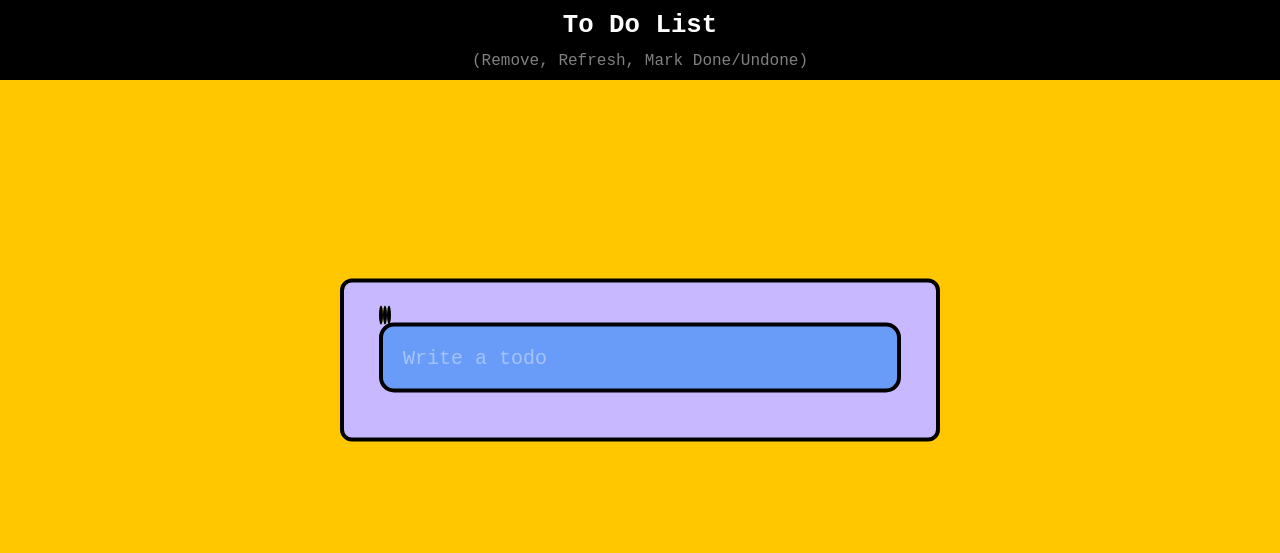
Repository: ThisIsSahaj/Js-Projects
Page: ToDoList/index.html
An editor plug-in stored every save of this project. The page is shown before and after the next save, followed by the edit.
The browser window is 1280 px wide. The pictures show the whole page.

Above is the page before, as saved 2024-04-24 09:55:44.

After the next save:
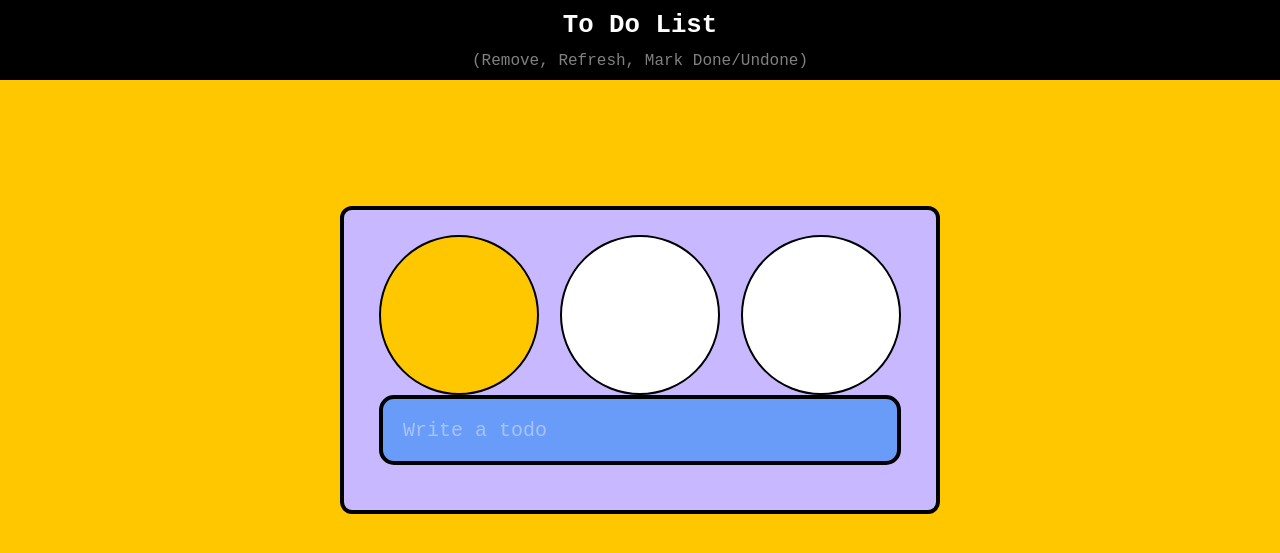
Saved 14 s later.
--- a/ToDoList/index.html
+++ b/ToDoList/index.html
@@ -16,7 +16,7 @@
 
     </div>
     <div class="box">
-        <div class="ui">
+        <div class="ui" style="display: flex; justify-content: space-between;">
 
             <span style=" background-color: #FFC700; border: 2px solid black;"></span>
             <span style=" background-color: white; border: 2px solid black;" ></span>

After the save that followed:
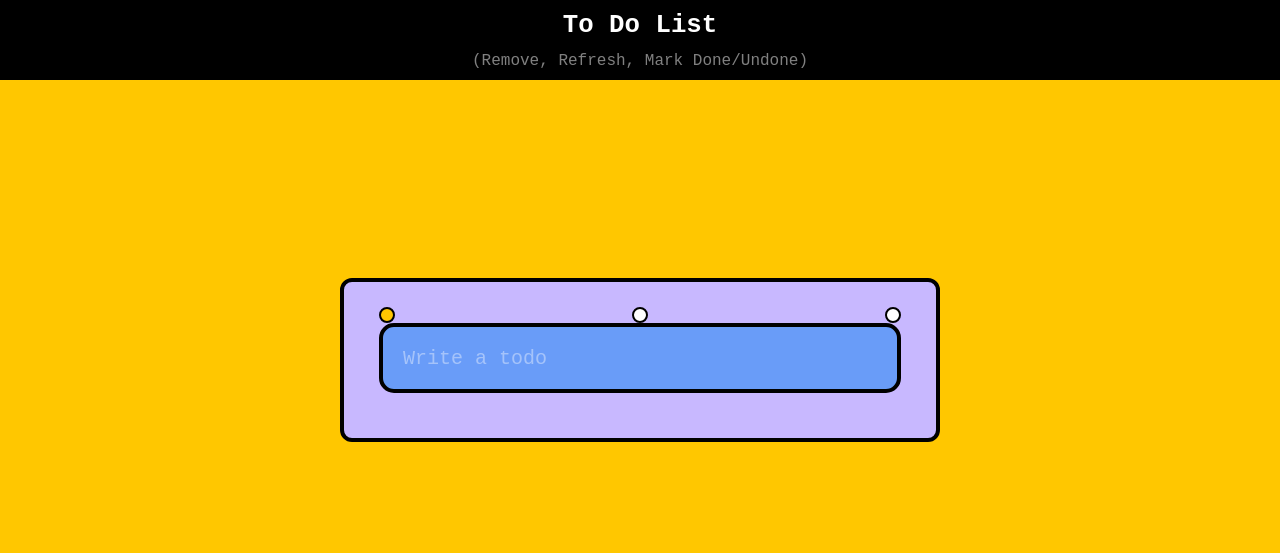
Saved 14 s later.
--- a/ToDoList/style.css
+++ b/ToDoList/style.css
@@ -60,8 +60,8 @@ body{
 
 .box span{
     border-radius: 50%;
-    width: 160px;
-    height: 160px;
+    width: 16px;
+    height: 16px;
     background-color: white;
 }
 
